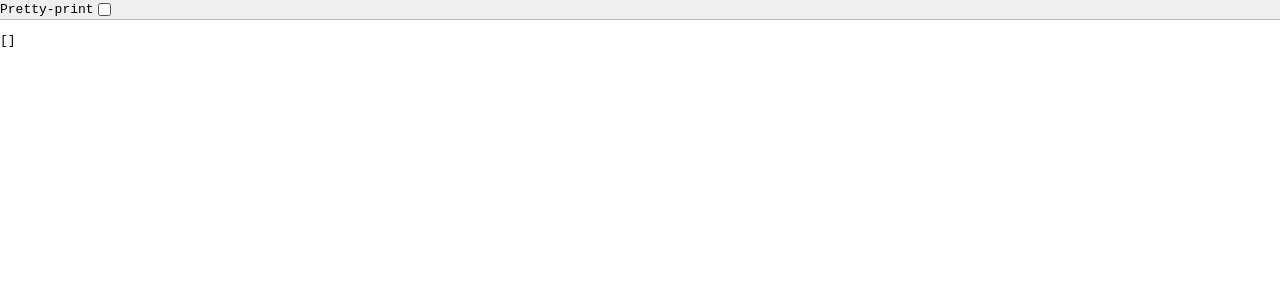
Repository: Michelhof1978/GarageBack
Page: http://localhost/API/vehicule.php
These files come from the project's save history. The page is drawn as it stood at one moment and after a run of saves; the edit follows.
The browser window is 1280 px wide. The pictures show the whole page.
The page is run by PHP 8.4 with error messages shown; the project is at /var/www/html/. Queries for data that is not in the repository find no rows.

Above is the page before, as saved 2023-09-01 11:44:11.

### API/vehicule.php
<?php

class Model{

    private $dbh;

    public function __construct()
    {
        $dsn = 'mysql:host=localhost;dbname=garage;charset=utf8';
        $user = 'root';
        $password = '';

        try {
            // Connexion à la base de données
            $this->dbh = new PDO($dsn, $user, $password);
        } catch (PDOException $e) {
            die('Erreur de connexion : ' . $e->getMessage());
        }

    }

    public function getCarsByFilters($filters) {
        // Construct the SQL query based on filters
        $sql = "SELECT * FROM vehicule WHERE 1";

        if (isset($filters['famille'])) {
            $sql .= " AND famille = :famille";
        }

        if (isset($filters['marque'])) {
            $sql .= " AND marque = :marque";
        }

        if (isset($filters['kilometremin'])) {
            $sql .= " AND kilometrage >= :kilometremin";
        }

        if (isset($filters['kilometremax'])) {
            $sql .= " AND kilometrage <= :kilometremax";
        }

        if (isset($filters['anneemin'])) {
            $sql .= " AND annee >= :anneemin";
        }
        if (isset($filters['anneemax'])) {
            $sql .= " AND annee <= :anneemax";
        }

        if (isset($filters['prixmin'])) {
            $sql .= " AND prix >= :prixmin";
        }

        if (isset($filters['prixmax'])) {
            $sql .= " AND prix <= :prixmax";
        }
        // Prepare and execute the query
        $stmt = $this->dbh->prepare($sql);
        $stmt->execute($filters);

        // Fetch results
        $results = $stmt->fetchAll(PDO::FETCH_ASSOC);

        return $results;
    }
     }


// Création du controlleur du côté front qui va regrouper toutes nos routes
class Controller{
    //Crérera automatiquement une instance de classe APIManager et la stockera ds la propriété $apiManager. Cela sera utile pour gérer le JSON par la suite.
    private $apiManager;//propriété privée (accessible uniquement à l'intérieur de cette classe) qui va contenir une instance de la classe APIManager.

    public function __construct(){
        $this->apiManager = new Model();
    }

public function getCarsByFilters($filtres){
    $cars=$this->apiManager->getCarsByFilters($filtres);
    header('Content-Type: application/json');
        echo json_encode($cars);
}
}


$filters = array();
if (isset($_GET['famille'])) {
    $filters["famille"] = $_GET['famille'];
}

if (isset($_GET['marque'])) {
    $filters["marque"] = $_GET['marque'];
}

if (isset($_GET['kilometremin'])) {
    $filters['kilometremin'] = intval($_GET['kilometremin']);
}

if (isset($_GET['kilometremax'])) {
    $filters['kilometremax'] = intval($_GET['kilometremax']);
}

if (isset($_GET['anneemin'])) {
    $filters['anneemin']= intval($_GET['annemin']);
}

if (isset($_GET['anneemax'])) {
    $filters['anneemax'] = intval($_GET['anneemax']);
}

if (isset($_GET['prixmin'])) {
    $filters['prixmin'] = intval($_GET['prixmin']);
}

if (isset($_GET['prixmax'])) {
    $filters['prixmax'] = intval($_GET['prixmax']);
}

$controller = new Controller();

$controller->getCarsByFilters($filters);



?>

After the next 2 saves:
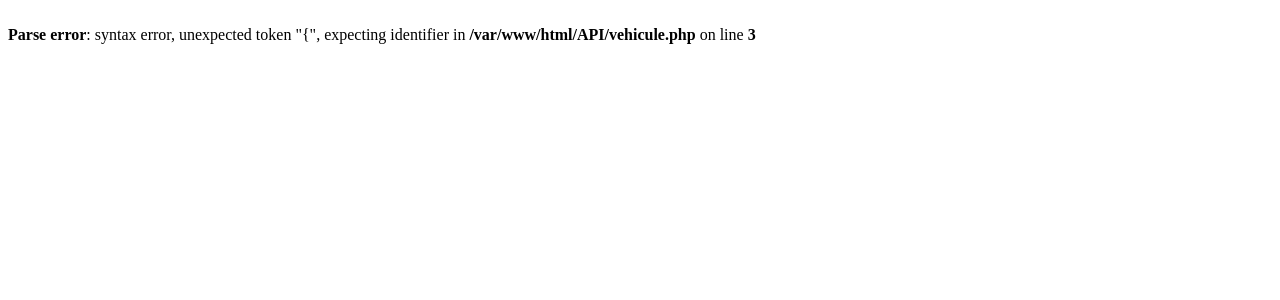
The 2 saves are shown as one change because they came seconds apart.
The last was saved 29 s later.
--- a/API/vehicule.php
+++ b/API/vehicule.php
@@ -1,6 +1,6 @@
 <?php
 
-class Model{
+class {
 
     private $dbh;
 
